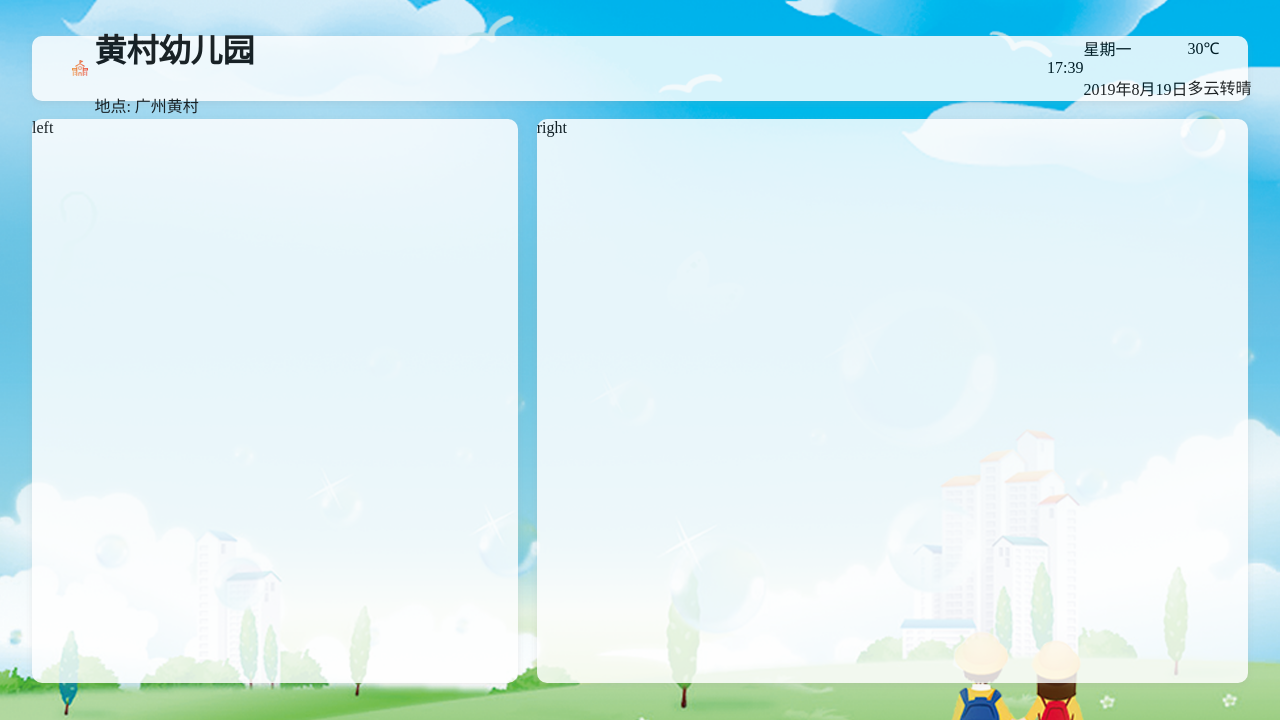
Repository: huangdesheng/classBrand
Page: / (app in classBrand/)
The author's editor kept a copy of each file at every save. The page is drawn from the files as they stood at one save, then again after the next save.
The browser window is 1280 px wide. The pictures show the whole page.
The project was rebuilt for these pictures with package versions that can differ from the ones it lists, and the page was loaded fresh each time.

Above is the page before, as saved 2019-08-23 10:16:30.

### classBrand/index.html
<!DOCTYPE html>
<html>

<head>
  <meta charset="utf-8">
  <meta name="viewport" content="width=device-width,initial-scale=1.0">
  <meta name="viewport"
    content="width=device-width, user-scalable=no, initial-scale=1.0, maximum-scale=1.0, minimum-scale=1.0">
  <meta name="x5-orientation" content="portrait">
  <!-- QQ应用模式 -->
  <meta name="x5-page-mode" content="app">
  <!-- windows phone 点击无高光 -->
  <meta name="msapplication-tap-highlight" content="no">
  <meta content=yes name=apple-mobile-web-app-capable>
  <meta content=yes name=apple-touch-fullscreen>
  <!-- 禁止将页面中的数字识别为电话号码 -->
  <meta name="format-detection" content="telephone=no,email=no">
  <title>classbrand</title>
</head>

<body>
  <div id="app"></div>
  <!-- built files will be auto injected -->
</body>

</html>

### classBrand/src/main.js
// The Vue build version to load with the `import` command
// (runtime-only or standalone) has been set in webpack.base.conf with an alias.
import Vue from 'vue'
import App from './App'
import router from './router'
import 'lib-flexible'

Vue.config.productionTip = false

/* eslint-disable no-new */
new Vue({
  el: '#app',
  router,
  components: {
    App
  },
  template: '<App/>'
})

### classBrand/src/App.vue
<template>
  <div id="app">
    <router-view />
  </div>
</template>

<script>
export default {
  name: "App"
};
</script>

<style lang="less">
.bt {
  width: 100vw;
  height: 100vh;
  background: url(./assets/bg/bg.png);
  background-size: 100% 100%;
  background-repeat: no-repeat;
  background-position: center;
  position: fixed;
  left: 0;
  top: 0;
  display: flex;
  justify-content: center;
  align-items: center;
}
#app {
  .bt;
}
</style>

### classBrand/src/router/index.js
import Vue from 'vue'
import Router from 'vue-router'
import index from '@/views/index'

Vue.use(Router)

export default new Router({
  routes: [{
    path: '/',
    name: 'index',
    component: index
  }]
})

### classBrand/src/views/index/index.vue
<template>
  <div id="index">
    <header>
      <ul>
        <li>
          <span></span>
          <div>
            <h1>黄村幼儿园</h1>
            <p>地点: 广州黄村</p>
          </div>
        </li>
        <li>
          <div>17:39</div>
          <div>
            <p>星期一</p>
            <p>2019年8月19日</p>
          </div>
          <div>
            <p>30℃</p>
            <p>多云转晴</p>
          </div>
        </li>
      </ul>
    </header>
    <section>
      <aside>left</aside>
      <aside>right</aside>
    </section>
  </div>
</template>

<script>
export default {};
</script>

<style lang="less" scoped>
.bt {
  background: rgba(255, 255, 255, 1);
  box-shadow: 0px 2px 7px 0px rgba(161, 157, 157, 0.23);
  opacity: 0.84;
  border-radius: 10px;
}
.img {
  width: 1rem;
  height: 1rem;
  background-size: 100% 100%;
  background-position: center center;
  background-repeat: no-repeat;
}
.flex {
  display: flex;
  justify-content: space-between;
  align-items: center;
}
#index {
  width: 95%;
  height: 90%;
  header {
    .bt;
    height: 10%;
    width: 100%;
    > ul {
      list-style: none;
      width: 97%;
      height: 100%;
      margin: 0 auto;
      display: flex;
      justify-content: space-between;
      align-items: center;
      li {
        .flex;
        &:nth-of-type(1) {
          > span {
            background: url(../../assets/icon/index.png);
            .img;
            margin-right: 0.4rem;
            div {
              p {
                font-size: 0.5rem;
              }
            }
          }
        }
      }
    }
  }
  section {
    .flex;
    width: 100%;
    margin-top: 1.5%;
    height: 87%;
    aside {
      .bt;
      height: 100%;
      &:nth-of-type(1) {
        width: 40%;
        margin-right: 1.5%;
      }
      &:nth-of-type(2) {
        flex: 1;
      }
    }
  }
}
</style>

After the next save:
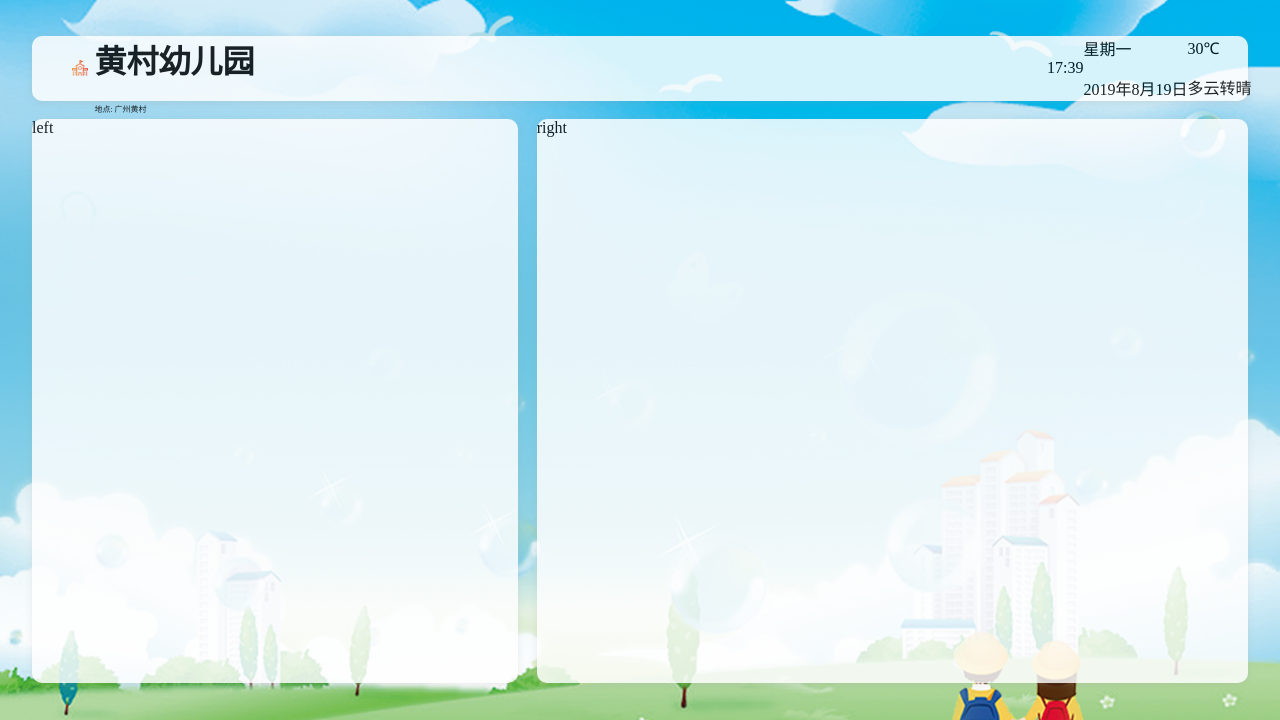
Saved 30 s later.
--- a/classBrand/src/views/index/index.vue
+++ b/classBrand/src/views/index/index.vue
@@ -74,10 +74,10 @@ export default {};
             background: url(../../assets/icon/index.png);
             .img;
             margin-right: 0.4rem;
-            div {
-              p {
-                font-size: 0.5rem;
-              }
+          }
+          > div {
+            p {
+              font-size: 0.5rem;
             }
           }
         }
